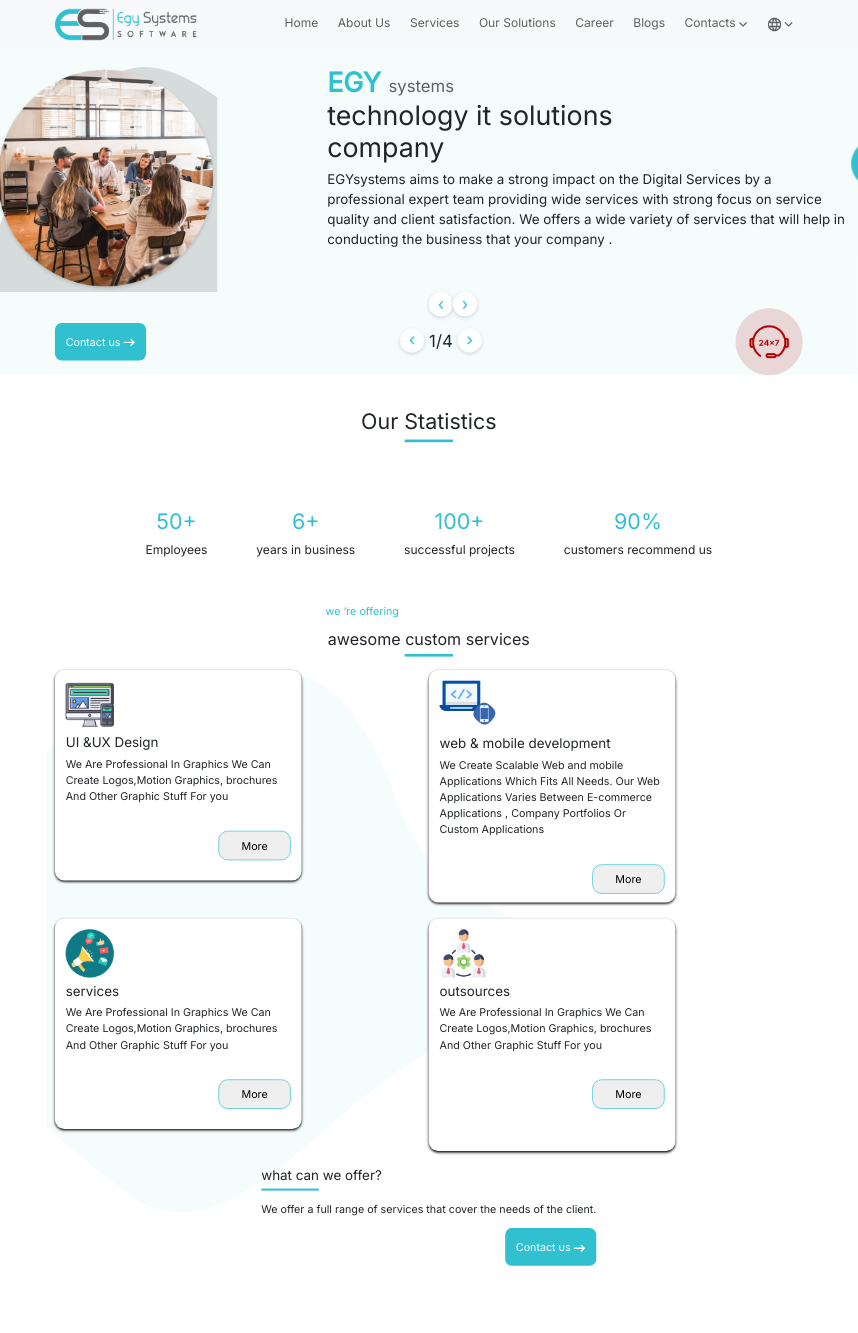
Repository: hamdyAbdelazeim/Egysystem-Home
Page: index.html
The author's editor kept a copy of each file at every save. The page is drawn from the files as they stood at one save, then again after a run of saves.
The browser window is 1280 px wide. The pictures show the whole page, at 67% of full size.

Above is the page before, as saved 2023-07-13 17:30:17.

After the next 2 saves:
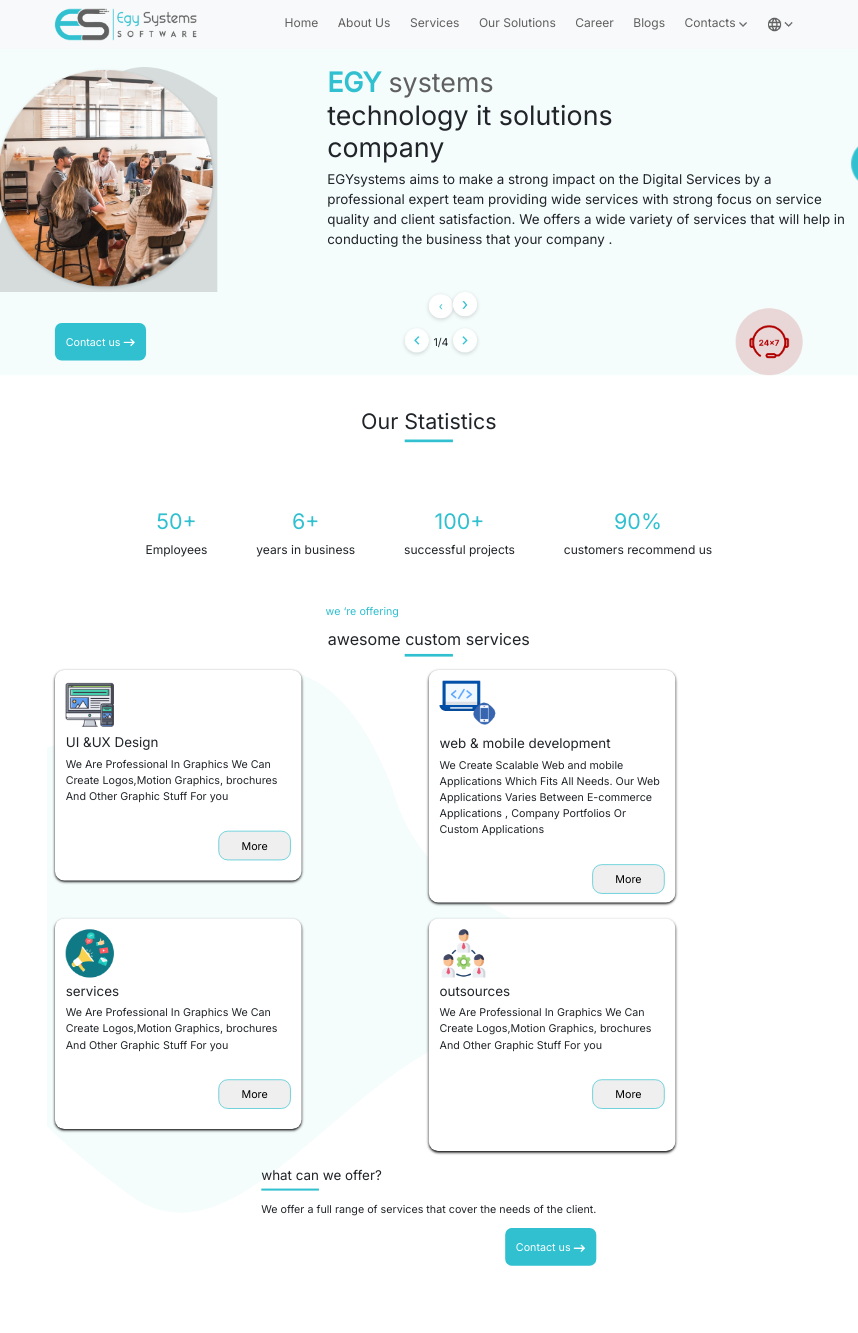
The 2 saves are shown as one change because they came seconds apart.
The last was saved 8 s later.
--- a/css/style.css
+++ b/css/style.css
@@ -209,7 +209,8 @@ body {
   -ms-border-radius: 50%;
   -o-border-radius: 50%;
 }
-.owl-prev, span {
+.owl-prev,
+.owl-next span {
   font-size: 25px;
 }
 .owl-next {
